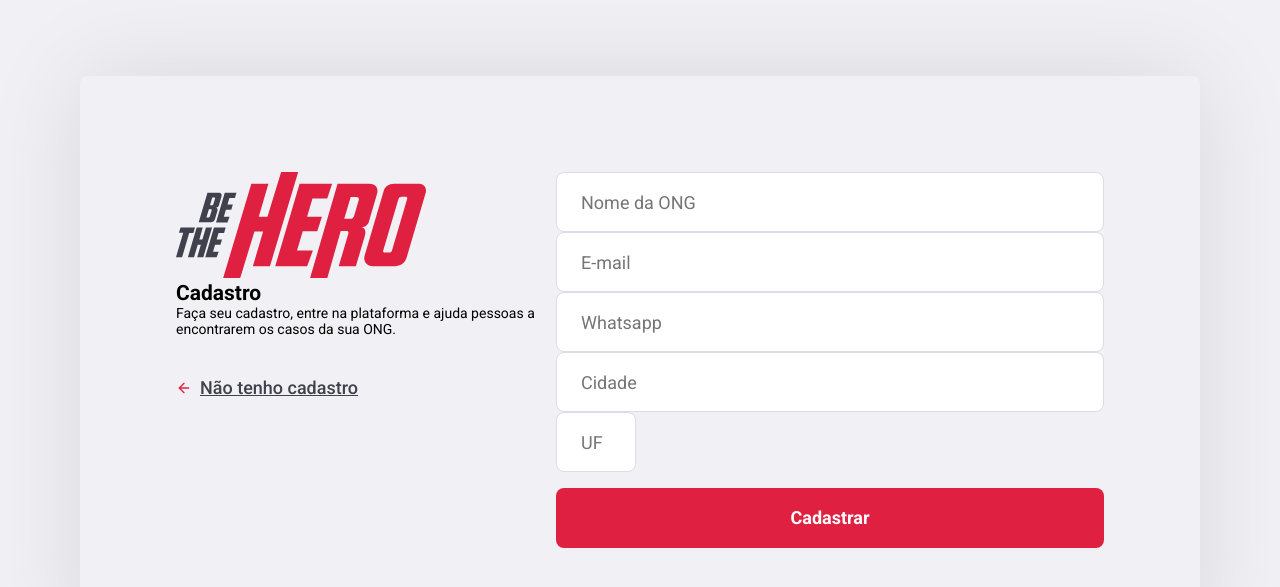
Repository: s7Thiago/semana-omnistack-11.0
Page: /register (app in front-end/)
An editor plug-in stored every save of this project. The page is shown before and after the next save, followed by the edit.
The browser window is 1280 px wide. The pictures show the whole page.
The project was rebuilt for these pictures with package versions that can differ from the ones it lists, and the page was loaded fresh each time. Also part of the build but not shown: front-end/src/pages/Logon/styles.css, front-end/src/pages/Logon/index.js.

Above is the page before, as saved 2020-03-26 22:38:10.

After the next save:
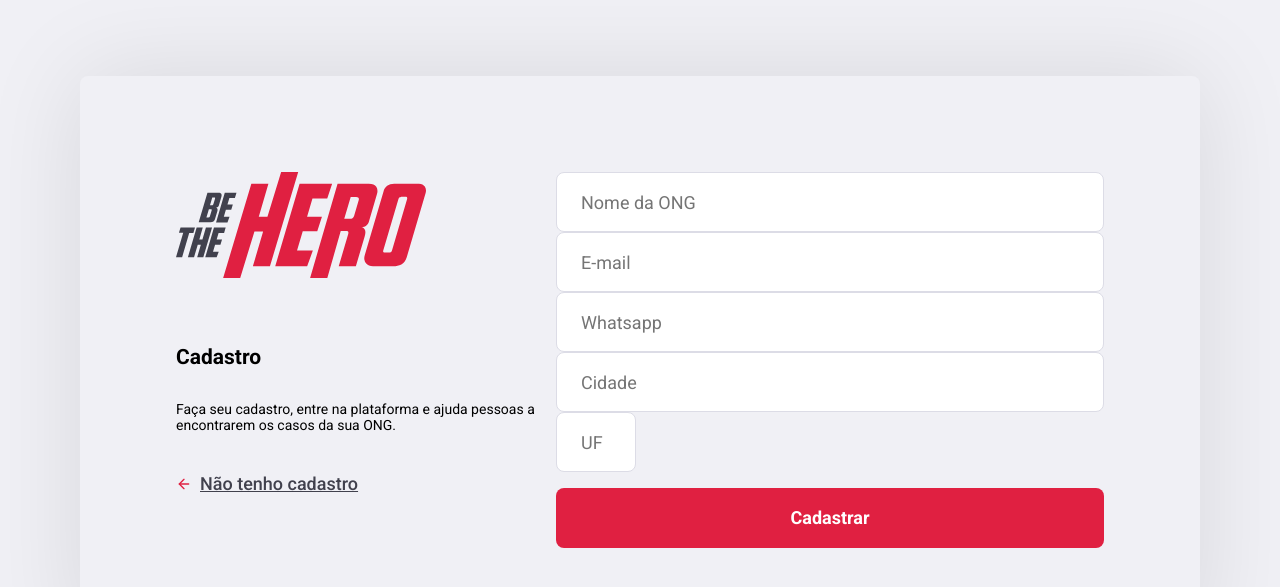
Saved 48 s later.
--- a/front-end/src/pages/Register/styles.css
+++ b/front-end/src/pages/Register/styles.css
@@ -24,3 +24,7 @@
     width: 100%;
     max-width: 380px;
 }
+
+.register-container .content section h1{
+    margin: 64px 0 32px;
+}
